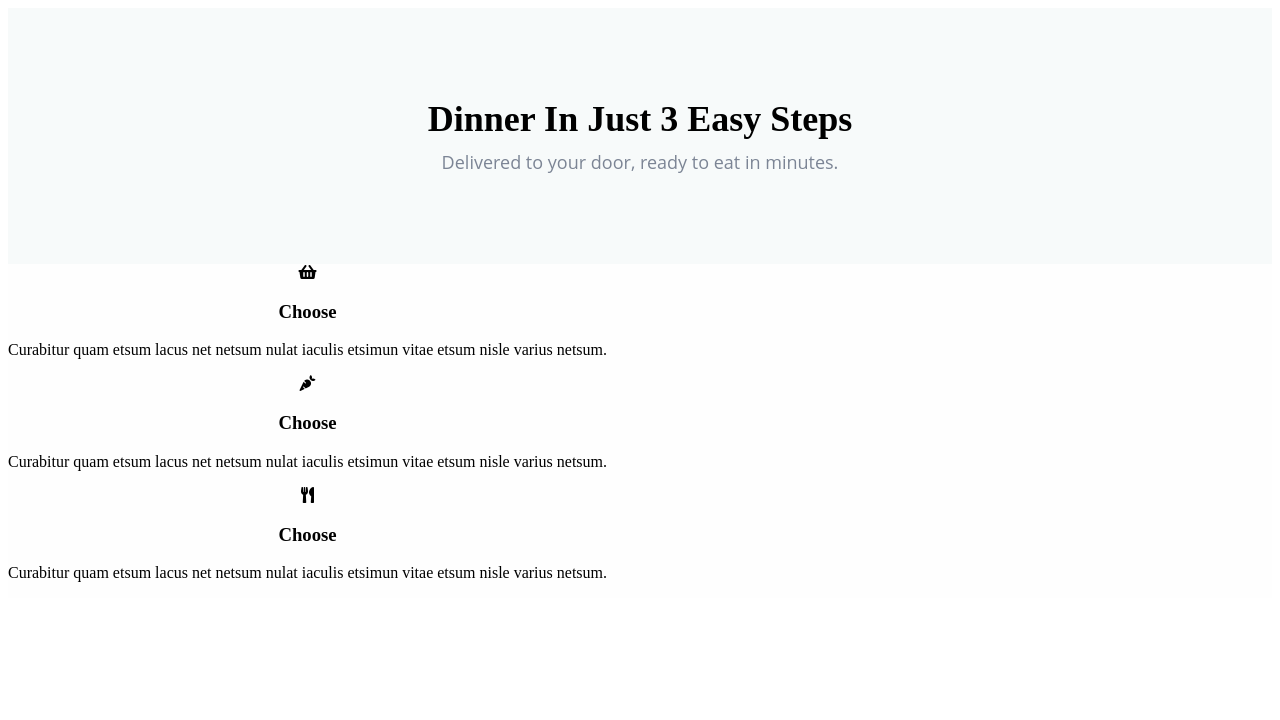
Repository: ST-United-Internship/leadpage
Page: wrapper-UI.html
The author's editor kept a copy of each file at every save. The page is drawn from the files as they stood at one save, then again after the next save.
The browser window is 1280 px wide. The pictures show the whole page.

Above is the page before, as saved 2023-03-15 13:19:27.

### wrapper-UI.html
<!DOCTYPE html>
<html lang="en">
<head>
    <meta charset="UTF-8">
    <meta http-equiv="X-UA-Compatible" content="IE=edge">
    <meta name="viewport" content="width=device-width, initial-scale=1.0">
    <title>Document</title>
    <link rel="stylesheet" href="css/wrapper-UI.css">
    <link rel="stylesheet" href="css/common.css">
    <link rel="stylesheet" href="https://use.fontawesome.com/releases/v5.15.4/css/all.css" integrity="sha384-DyZ88mC6Up2uqS4h/KRgHuoeGwBcD4Ng9SiP4dIRy0EXTlnuz47vAwmeGwVChigm" crossorigin="anonymous"/>
</head>
<body>
    <section>
        <div class="about">
            <div class="title-text">
                <h2>Dinner In Just 3 Easy Steps</h2>
                <p>Delivered to your door, ready to eat in minutes.</p>
            </div>
            <div class="card-coutainer">
                <div class="card-title">
                    <div class="card-wrapper">
                        <i class="fas fa-shopping-basket"></i>
                        <h3>Choose</h3>
                        <p>Curabitur quam etsum lacus net netsum nulat iaculis etsimun vitae etsum nisle varius netsum.</p>
                    </div>
                    <div class="card-wrapper">
                        <i class="fas fa-carrot"></i>
                        <h3>Choose</h3>
                        <p>Curabitur quam etsum lacus net netsum nulat iaculis etsimun vitae etsum nisle varius netsum.</p>
                    </div>
                    <div class="card-wrapper">
                        <i class="fas fa-utensils"></i>
                        <h3>Choose</h3>
                        <p>Curabitur quam etsum lacus net netsum nulat iaculis etsimun vitae etsum nisle varius netsum.</p>
                    </div>
                </div>
                <div></div>
                <div></div>
            </div>
        </div>
    </section>
</body>
</html>

### css/wrapper-UI.css
.about{
    background-color: #f7fafa;
}

.about .title-text{
    text-align: center;
    padding: 90px;
}

.about .title-text h2{
    font-size: 36px;
    margin: 0px 0px 10px 0px;
}

.about .title-text p{
    font-size: 18px;
    font-family: 'Open Sans', sans-serif;
    margin: 0;
    font-weight: 400;
    color: #7c8595;
}

.about .card-coutainer{
    display: flex;
    background-color: #fefefe;
}

.about .card-coutainer .card-wrapper p{
    /* width: 218px; */
}

.about .card-coutainer .card-wrapper{
    text-align: center;
}

.card-wrapper{
    transition: transform 0.5s linear;
}
.card-wrapper:hover {
  border: 1px solid #27b36a;
  transform: scale(1.05, 1.05);
}

### css/common.css
.container {
  max-width: 80%;
  margin: auto;
  border: 1px solid blue;
}
.card {
  width: 400px;
}
.space-vertical {
  padding: 20px 0;
}

.space-horizontal {
  padding: 0 20px;
}

*,
**,
*::before,
*::after {
  box-sizing: border-box;
}

After the next save:
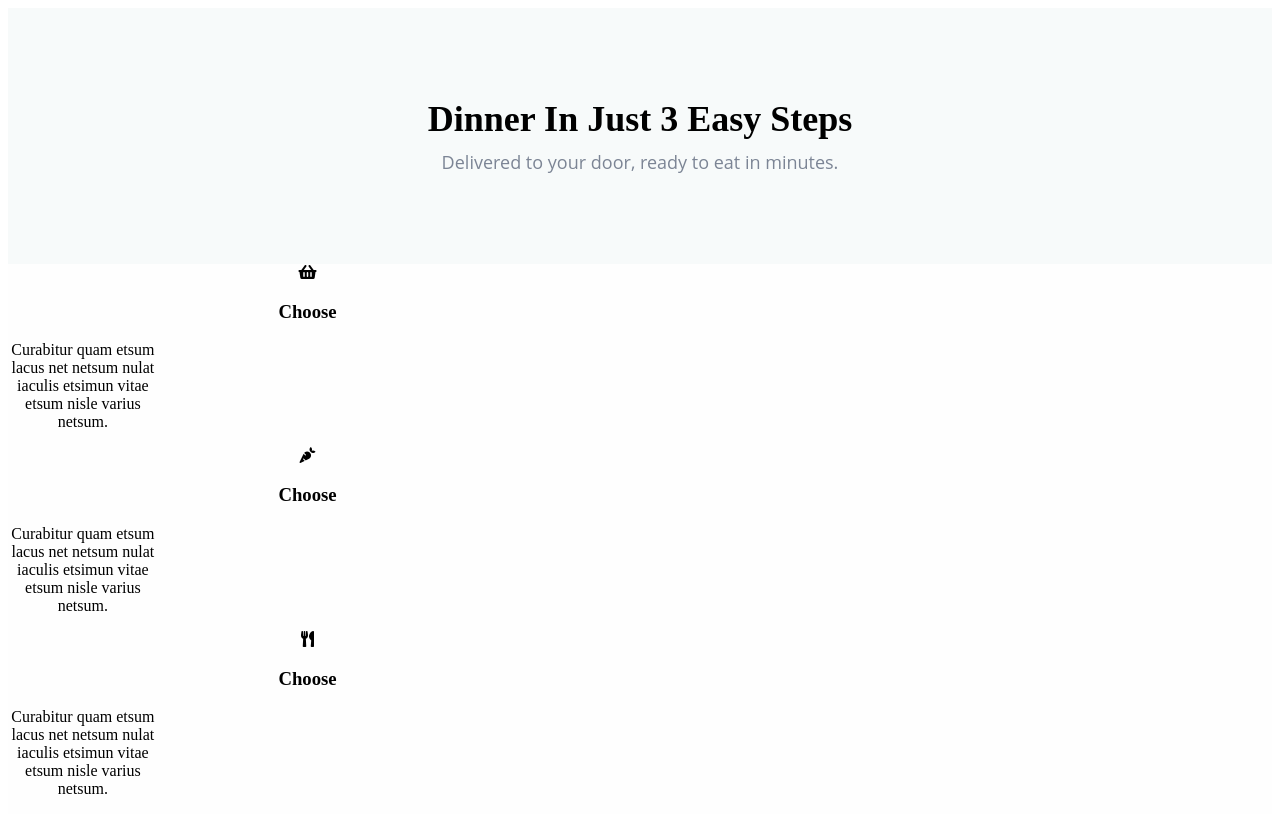
Saved 7 min 8 s later.
--- a/css/wrapper-UI.css
+++ b/css/wrapper-UI.css
@@ -26,7 +26,7 @@
 }
 
 .about .card-coutainer .card-wrapper p{
-    /* width: 218px; */
+    width: 25%;
 }
 
 .about .card-coutainer .card-wrapper{
